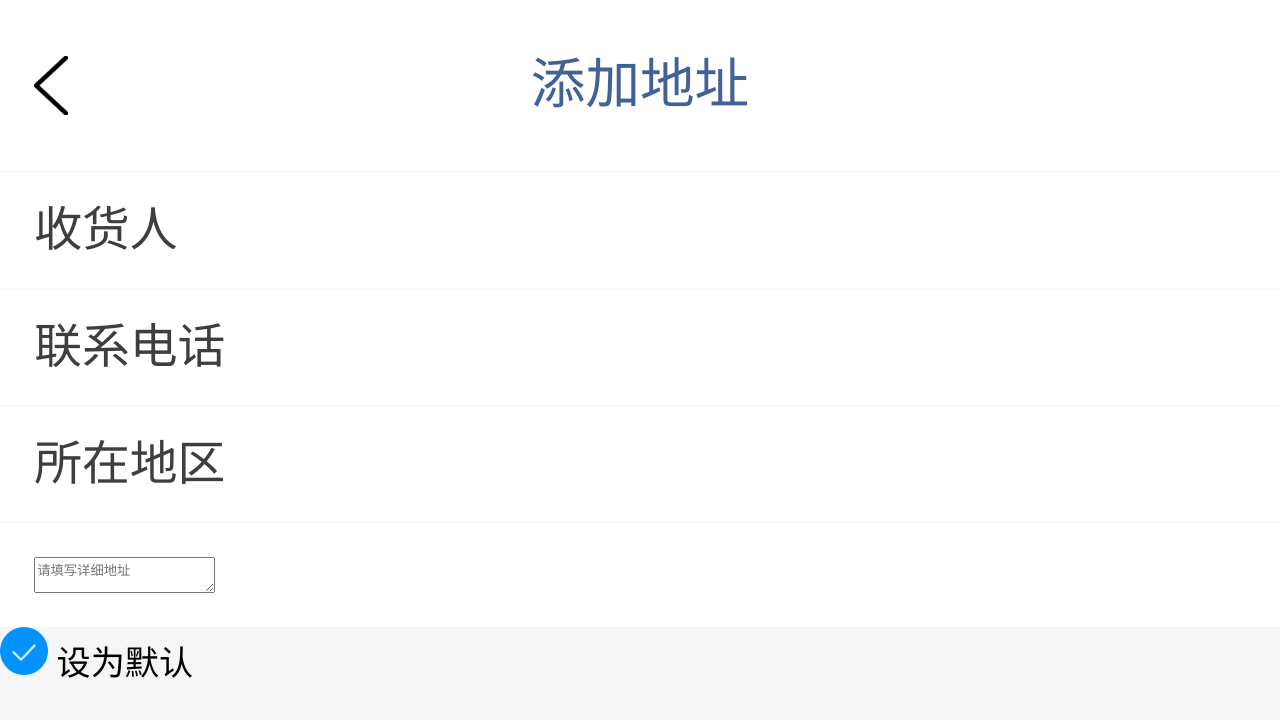
Repository: 421538074/sell
Page: consumer/manage-address.html
The author's editor kept a copy of each file at every save. The page is drawn from the files as they stood at one save, then again after the next save.
The browser window is 1280 px wide. The pictures show the whole page.

Above is the page before, as saved 2019-06-03 16:12:51.

After the next save:
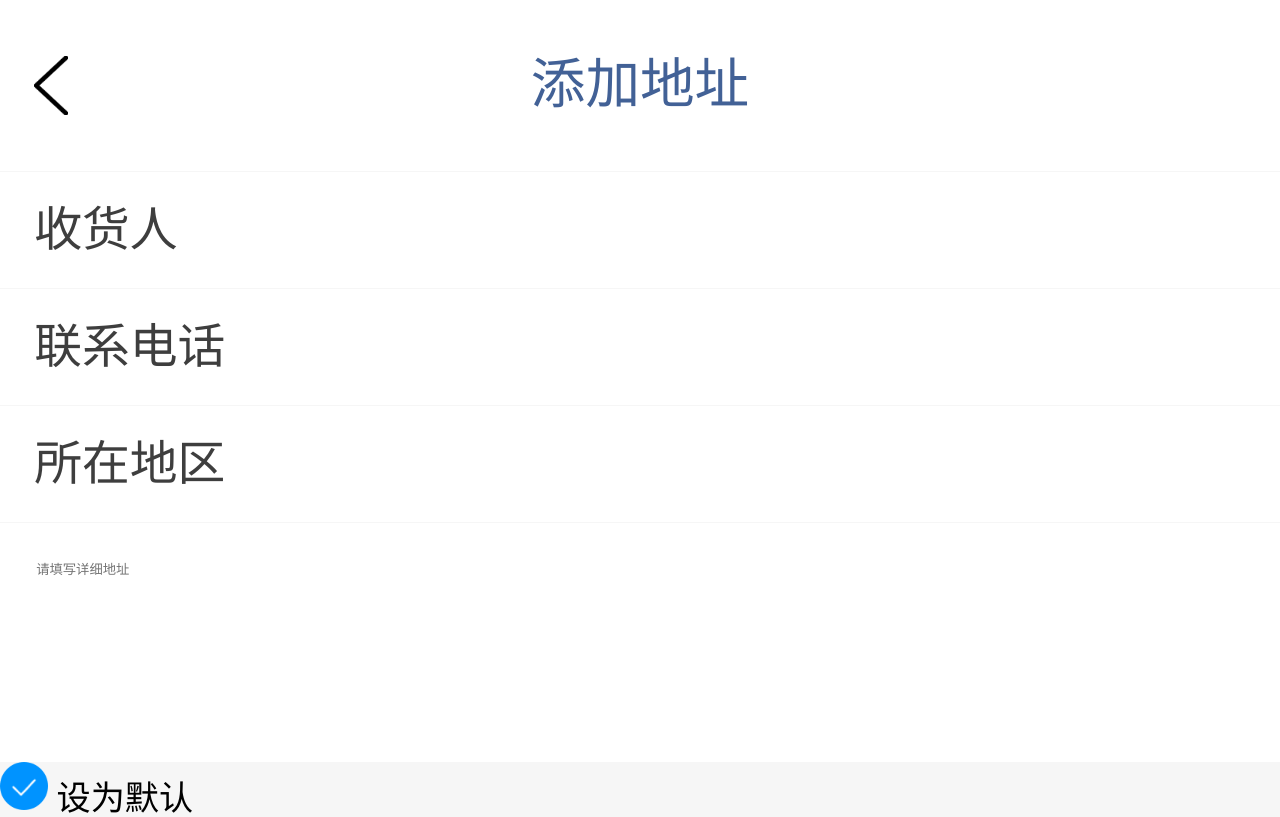
Saved 50 s later.
--- a/consumer/css/manage-address.css
+++ b/consumer/css/manage-address.css
@@ -21,3 +21,10 @@ input.input-item {
     outline: 0;
     border: none;
 }
+textarea.detail-address {
+    width: 100%;
+    height: 5rem;
+    border: none;
+    resize: none;
+    outline: 0;
+}
